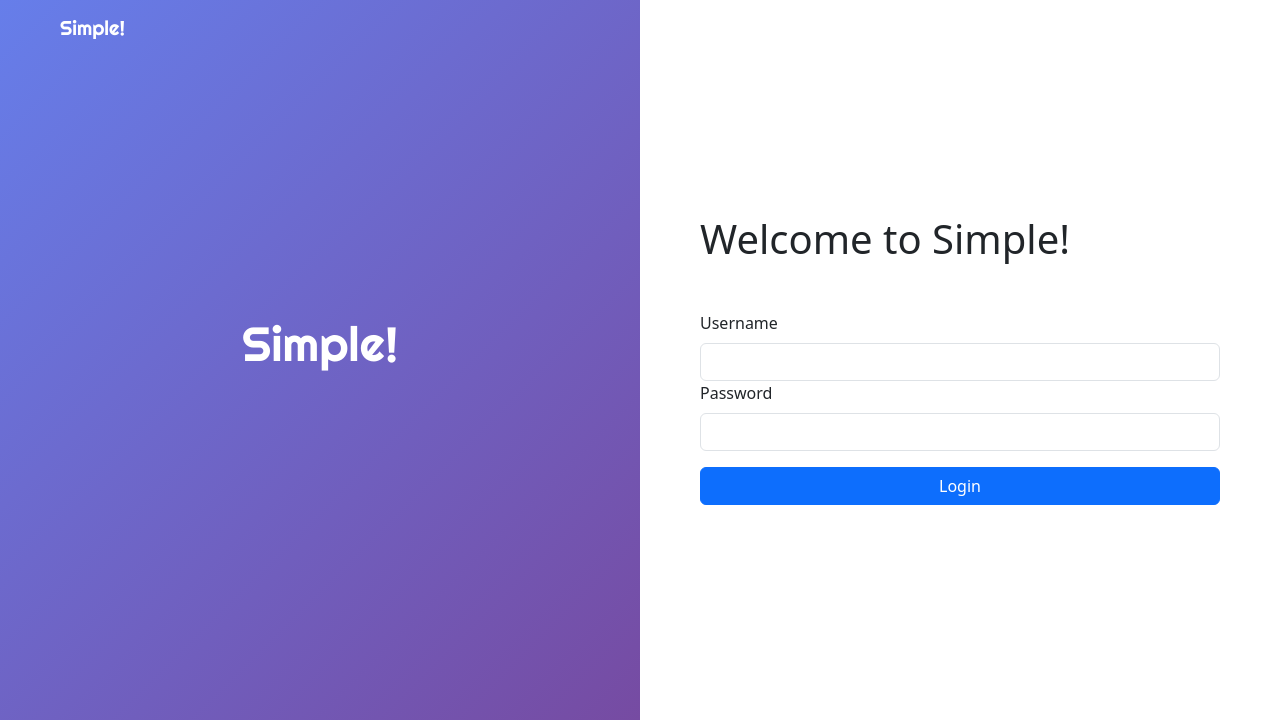
Repository: oboioz/SimpleTodoApp
Page: / (app in SimpleTodoAppFrontEnd/todo-app/)
These files come from the project's save history. The page is drawn as it stood at one moment and after the next save; the edit follows.
The browser window is 1280 px wide. The pictures show the whole page.
The project was rebuilt for these pictures with package versions that can differ from the ones it lists, and the page was loaded fresh each time.

Above is the page before, as saved 2024-04-03 20:56:11.

### SimpleTodoAppFrontEnd/todo-app/src/App.js
import 'bootstrap/dist/css/bootstrap.min.css';
import './App.css';
import TodoApp from './components/TodoApp';

function App() {
  return (
    <div className="App">
      <TodoApp />
    </div>
  )
}

export default App;

### SimpleTodoAppFrontEnd/todo-app/src/components/TodoApp.jsx
import LoginComponent from "./todo/Login/LoginComponent";

export default function TodoApp() {
    return (
        <div className="todo-app">
            <LoginComponent />
        </div>
    )
}

### SimpleTodoAppFrontEnd/todo-app/src/components/todo/Login/LoginComponent.jsx
import './LoginStyle.css';


function LoginComponent() {

    return (

        <div className="Login container-fluid">
            <nav class="navbar navbar-expand-lg navbar-dark fixed-top transparent-navbar shadow-5-strong px-5">
                <div className="container-fluid">
                    <a className="navbar-brand" href="#">Simple!</a>
                </div>
            </nav>
            <div className="row">
                <div className="col gradient-background">
                    <div className="Logo">
                        Simple!
                    </div>
                </div>
                <div className="col">

                    <form className="LoginForm m-5">
                        <h1 class="mb-5">Welcome to Simple!</h1>
                        <div>
                            <label className="form-label">Username</label>
                            <input type="text" name="username" className="form-control" />
                        </div>
                        <div>
                            <label className="form-label">Password</label>
                            <input type="password" name="password" className="form-control" />
                        </div>

                        <button type="button" name="login" class="btn btn-primary mt-3">Login</button>
                    </form>
                </div>
            </div>
        </div>

    )

}

export default LoginComponent;

### SimpleTodoAppFrontEnd/todo-app/src/components/todo/Login/LoginStyle.css
@import url('https://fonts.googleapis.com/css2?family=Righteous&display=swap');

.row {
    display: flex;
    justify-content: center;
    align-items: center;
    height: 100vh;
}

.LoginForm {
    display: flex;
    flex-direction: column;
    text-align: left;
    justify-content: left;
    align-items: left;
    margin-top: -8vh;
}

.img {
    width: '100%';
    height: '100%';
    object-fit:'cover';
}

.gradient-background {
    background: linear-gradient(135deg, #667eea 0%, #764ba2 100%);
    height: 100%;
    display: flex;
    align-items: center;
    justify-content: center;
}

.Logo {
    font-family: 'Righteous', cursive;
    font-size: 3rem;
    color: white;
    margin-bottom: 2rem;
}

.navbar {
    font-family: 'Righteous', cursive;
    font-size: 2rem;
}

.transparent-navbar {
    background-color: transparent !important;
    box-shadow: none !important;
    position: absolute;
    width: 100%;
    top: 0;
    z-index: 1000;
}

Loaded but not shown: SimpleTodoAppFrontEnd/todo-app/public/index.html (common file); SimpleTodoAppFrontEnd/todo-app/src/index.js (common file); SimpleTodoAppFrontEnd/todo-app/src/index.css (common file); SimpleTodoAppFrontEnd/todo-app/src/reportWebVitals.js (common file); SimpleTodoAppFrontEnd/todo-app/src/App.css (common file)

After the next save:
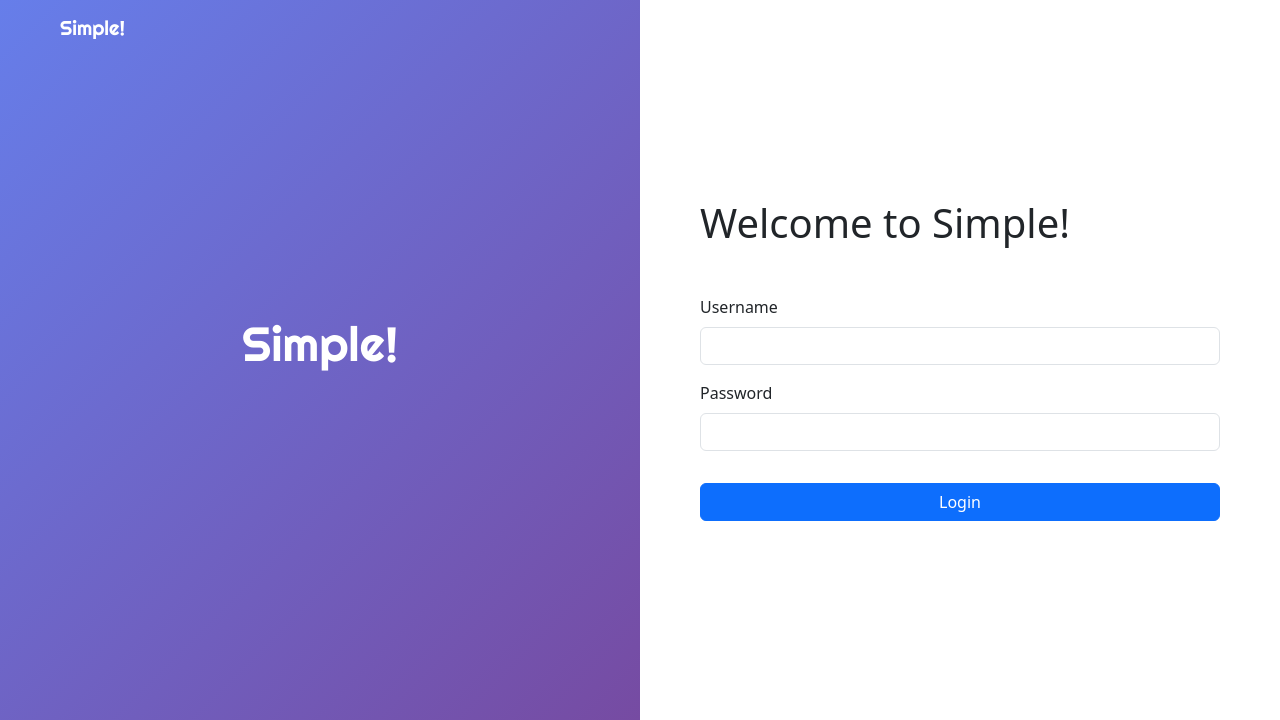
Saved 48 s later.
--- a/SimpleTodoAppFrontEnd/todo-app/src/components/todo/Login/LoginStyle.css
+++ b/SimpleTodoAppFrontEnd/todo-app/src/components/todo/Login/LoginStyle.css
@@ -50,3 +50,7 @@
     top: 0;
     z-index: 1000;
 }
+
+.form-control {
+    margin-bottom: 1rem;
+}
